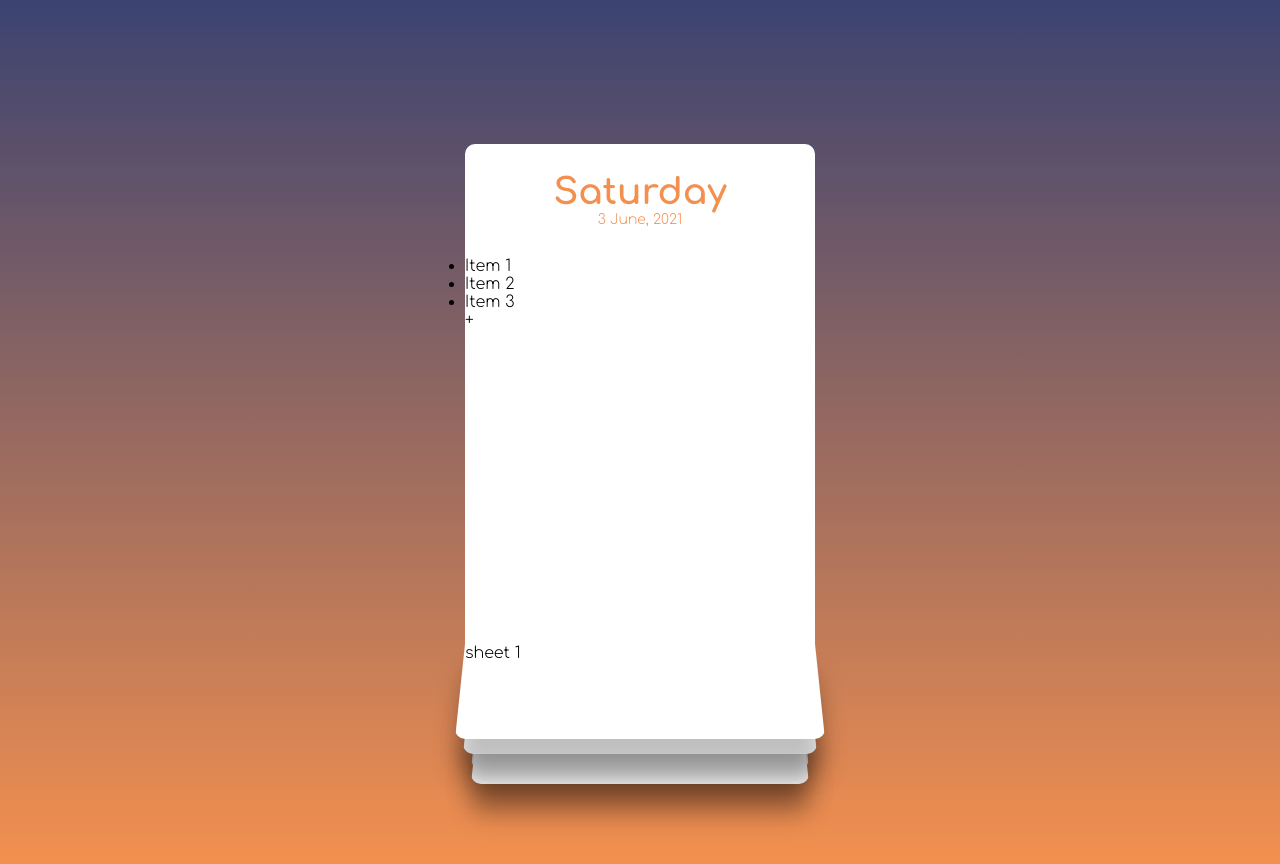
Repository: Colo-Codes/mini-projects
Page: todo-app/index.html
These files come from the project's save history. The page is drawn as it stood at one moment and after the next save; the edit follows.
The browser window is 1280 px wide. The pictures show the whole page.

Above is the page before, as saved 2021-07-04 11:50:58.

After the next save:
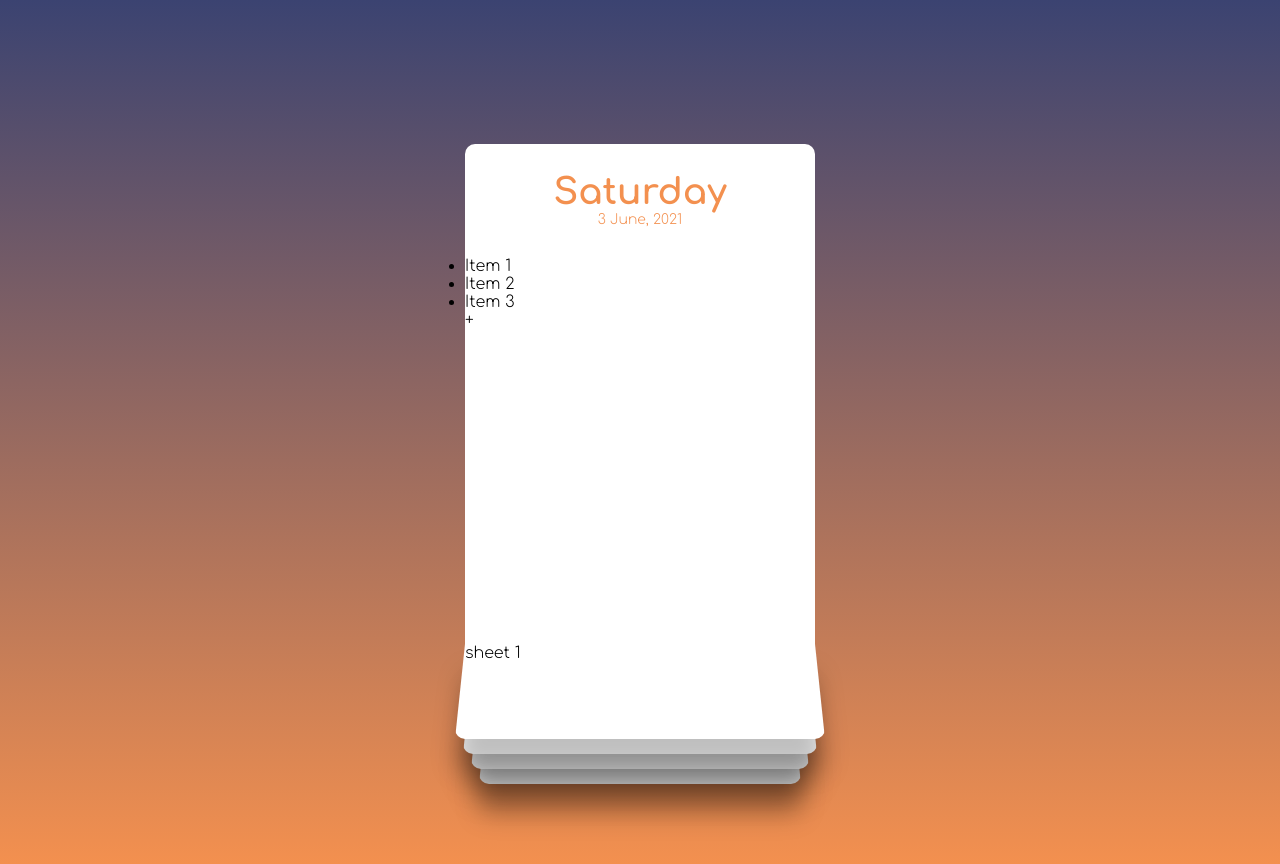
Saved 11 s later.
--- a/todo-app/css/index.css
+++ b/todo-app/css/index.css
@@ -83,13 +83,13 @@ div [id^='sheet-'] {
     z-index: -2;
 }
 #sheet-4-3d {
-    width: 338px;
+    width: 322px;
     height: 95px;
     margin: auto;
     margin-top: -80px;
     border-radius: 0 0 10px 10px;
     position: relative;
-    z-index: -2;
+    z-index: -3;
 }
 
 #todo--header header {
